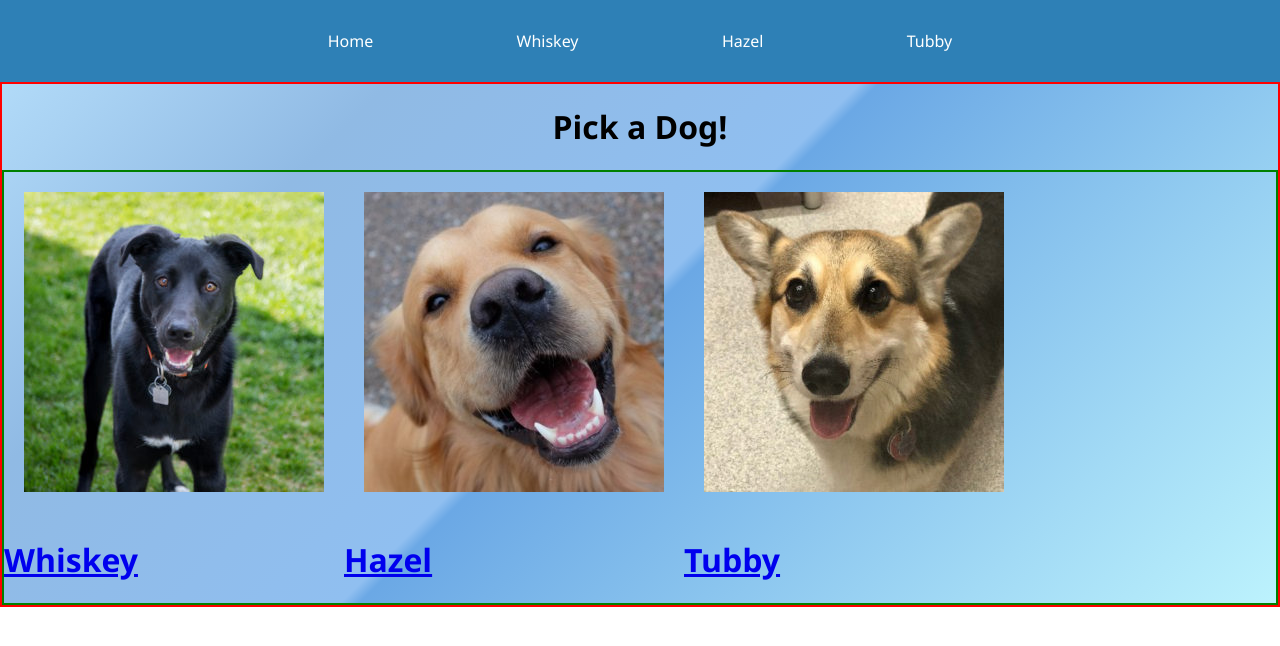
Repository: johnmutina/dog-finder
Page: /dogs
The author's editor kept a copy of each file at every save. The page is drawn from the files as they stood at one save, then again after the next save.
The browser window is 1280 px wide. The pictures show the whole page.
The project was rebuilt for these pictures with package versions that can differ from the ones it lists, and the page was loaded fresh each time. Also part of the build but not shown: src/Dog.js.

Above is the page before, as saved 2019-07-28 15:14:34.

### src/App.js
import React, { Component } from "react";
import { Switch, Route, NavLink, Redirect } from "react-router-dom";
import DogFinder from "./DogFinder";
import Dog from "./Dog";
import "./App.css";

// Import all images in image folder
function importAll(r) {
  let images = {};
  r.keys().map((item, index) => {
    images[item.replace("./", "")] = r(item);
  });
  return images;
}

const images = importAll(
  require.context("./assets", false, /\.(gif|jpe?g|svg)$/)
);

class App extends Component {
  static defaultProps = {
    dogs: [
      {
        name: "Whiskey",
        age: 5,
        src: images["whiskey.jpg"],
        facts: [
          "Whiskey loves eating popcorn.",
          "Whiskey is a terrible guard dog.",
          "Whiskey wants to cuddle with you!"
        ]
      },
      {
        name: "Hazel",
        age: 3,
        src: images["hazel.jpg"],
        facts: [
          "Hazel has soooo much energy!",
          "Hazel is highly intelligent.",
          "Hazel loves people more than dogs."
        ]
      },
      {
        name: "Tubby",
        age: 4,
        src: images["tubby.jpg"],
        facts: [
          "Tubby is not the brightest dog",
          "Tubby does not like walks or exercise.",
          "Tubby loves eating food."
        ]
      }
    ]
  };

  render() {
    return (
      <div className="App">
        {/* NAVBAR */}
        <div className="App-navbar">
          <NavLink to="/dogs" activeClassName="App-active-navlink">
            Home
          </NavLink>
          {this.props.dogs.map(dog => (
            <NavLink
              key={dog.name}
              to={`/dogs/${dog.name}`}
              activeClassName="App-active-navlink"
            >
              {dog.name}
            </NavLink>
          ))}
        </div>

        {/* ROUTES SETUP */}

        <Switch>
          <Route
            exact
            path="/dogs"
            render={routeProps => (
              <DogFinder dogs={this.props.dogs} {...routeProps} />
            )}
          />
          <Route
            exact
            path="/dogs/:name"
            render={routeProps => (
              <Dog
                {...this.props.dogs.filter(
                  dog => dog.name == routeProps.match.params.name
                )[0]}
                {...routeProps}
              />
            )}
          />
          <Route render={() => <Redirect to="/dogs" />} />
        </Switch>
      </div>
    );
  }
}

export default App;

### src/DogFinder.js
import React, { Component } from "react";
import { Link } from "react-router-dom";
import "./DogFinder.css";

class DogFinder extends Component {
  render() {
    return (
      <div className="DogFinder">
        <h1>Pick a Dog!</h1>
        <div className="DogFinder-box">
          {this.props.dogs.map(dog => (
            <Link to={`/dogs/${dog.name}`}>
              <div className="DogFinder-dog-container">
                <img src={dog.src} alt={dog.name} />
                <h1>{dog.name}</h1>
              </div>
            </Link>
          ))}
        </div>
      </div>
    );
  }
}

export default DogFinder;

### src/App.css
* {
  font-family: "Segoe UI", Tahoma, Geneva, Verdana, sans-serif;
}

.App {
  height: 100%;
  text-align: center;
  background: #b8e1fc; /* Old browsers */
  background: -moz-linear-gradient(
    -45deg,
    #b8e1fc 0%,
    #a9d2f3 10%,
    #90bae4 25%,
    #90bcea 37%,
    #90bff0 50%,
    #6ba8e5 51%,
    #a2daf5 83%,
    #bdf3fd 100%
  ); /* FF3.6-15 */
  background: -webkit-linear-gradient(
    -45deg,
    #b8e1fc 0%,
    #a9d2f3 10%,
    #90bae4 25%,
    #90bcea 37%,
    #90bff0 50%,
    #6ba8e5 51%,
    #a2daf5 83%,
    #bdf3fd 100%
  ); /* Chrome10-25,Safari5.1-6 */
  background: linear-gradient(
    135deg,
    #b8e1fc 0%,
    #a9d2f3 10%,
    #90bae4 25%,
    #90bcea 37%,
    #90bff0 50%,
    #6ba8e5 51%,
    #a2daf5 83%,
    #bdf3fd 100%
  ); /* W3C, IE10+, FF16+, Chrome26+, Opera12+, Safari7+ */
  filter: progid:DXImageTransform.Microsoft.gradient( startColorstr='#b8e1fc', endColorstr='#bdf3fd',GradientType=1 ); /* IE6-9 fallback on horizontal gradient */
}
.App-navbar {
  display: flex;
  background-color: #2e80b6;
  justify-content: space-around;
  padding: 30px 20%;
}

.App-navbar > * {
  color: white;
  text-decoration: none;
  text-transform: capitalize;
}

.App-navbar > *:hover {
  text-decoration: underline;
  font-weight: bolder;
}

### src/DogFinder.css
.DogFinder {
  border: 2px solid red;
}

.DogFinder-box {
  display: flex;
  flex-flow: row wrap;
  border: 2px solid green;
}

.DogFinder-dog-container {
  width: 20%;
}

.DogFinder-dog-container img {
  padding: 20px;
  width: 300px;
  height: auto;
}

Loaded but not shown: public/index.html (common file); src/index.js (common file); src/index.css (common file); src/serviceWorker.js (common file)

After the next save:
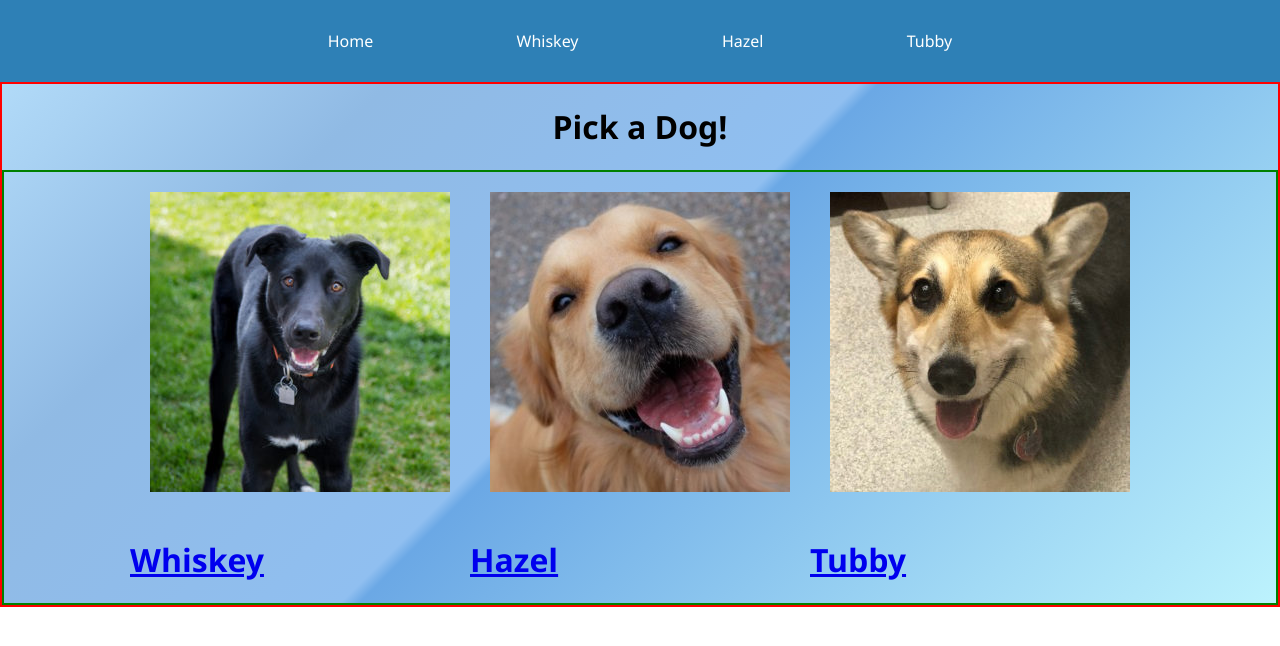
Saved 11 s later.
--- a/src/DogFinder.css
+++ b/src/DogFinder.css
@@ -6,6 +6,7 @@
   display: flex;
   flex-flow: row wrap;
   border: 2px solid green;
+  justify-content: center;
 }
 
 .DogFinder-dog-container {

After the save that followed:
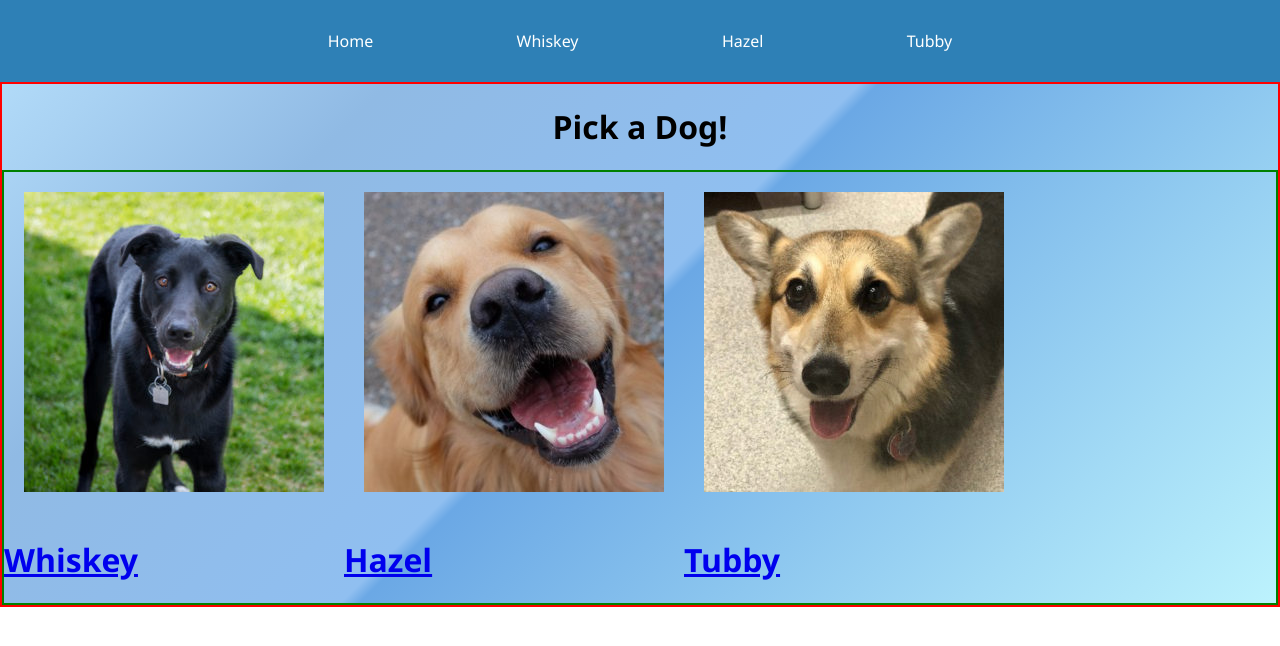
Saved 7 s later.
--- a/src/DogFinder.css
+++ b/src/DogFinder.css
@@ -6,7 +6,6 @@
   display: flex;
   flex-flow: row wrap;
   border: 2px solid green;
-  justify-content: center;
 }
 
 .DogFinder-dog-container {
